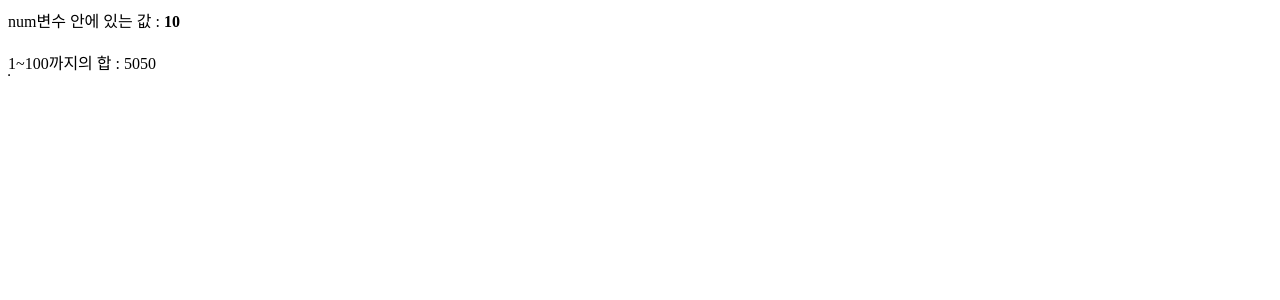
Repository: HeonchanKim/smhrd_jsp
Page: http://localhost/JSP/ex01.jsp
The author's editor kept a copy of each file at every save. The page is drawn from the files as they stood at one save, then again after the next save.
The browser window is 1280 px wide. The pictures show the whole page.
The page is served by Tomcat 9.

Above is the page before, as saved 2022-01-28 05:46:50.

After the next save:
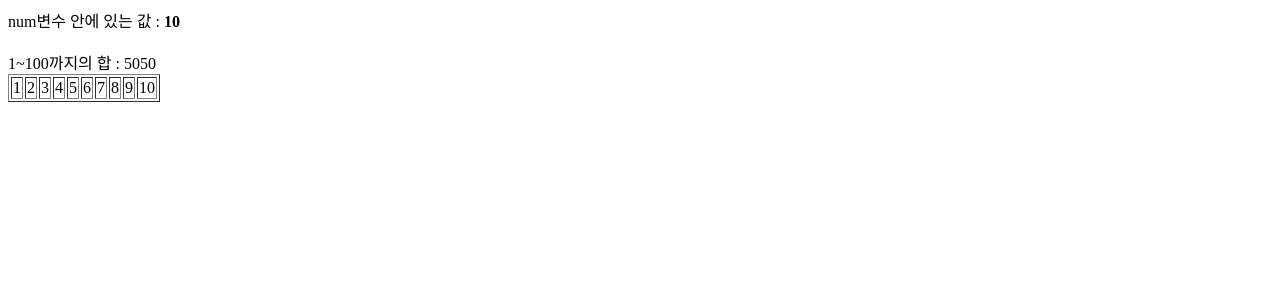
Saved 47 s later.
--- a/JSP/src/main/webapp/ex01.jsp
+++ b/JSP/src/main/webapp/ex01.jsp
@@ -37,7 +37,7 @@
 	<table border="1">
 		<tr>
 			<%-- 아래에 있는 td태그를 10번 반복하시오 --%>
-			<%for(int i=1;i>=10;i++){%>
+			<%for(int i=1;i<=10;i++){%>
 			<td><%= i %></td>
 			<%}%>
 		</tr>
